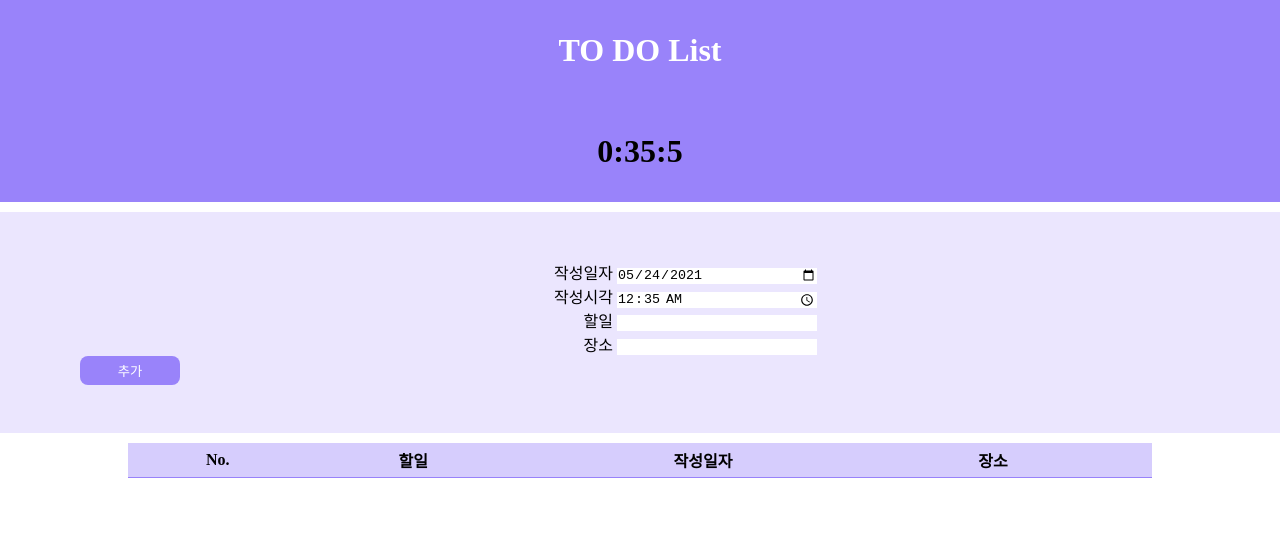
Repository: soyeon-noh/TodoList_Project
Page: http://localhost/Server_PR_TodoList/
An editor plug-in stored every save of this project. The page is shown before and after the next save, followed by the edit.
The browser window is 1280 px wide. The pictures show the whole page.
The page is served by Tomcat 9. Other server files are loaded and not shown. Queries for data that is not in the repository find no rows.

Above is the page before, as saved 2021-05-25 04:27:20.

### Server_PR_TodoList/src/main/webapp/WEB-INF/views/home.jsp
<%@ page language="java" contentType="text/html; charset=UTF-8"
    pageEncoding="UTF-8"%>
<%@ taglib uri="http://java.sun.com/jsp/jstl/core"
			prefix="c"%>
<c:set value="${pageContext.request.contextPath}"
		var="rootPath"/>
<!DOCTYPE html>
<html>
<head>
<meta charset="UTF-8">
<title>TODOList 메인화면</title>
<link href="${rootPath}/static/css/home.css?ver3" rel="stylesheet"/>

<style>

</style>


</head>
  <body>
  	<%@ include file="/WEB-INF/views/include_nav.jsp" %>
    <form class ="v1" method="POST">
    	<div>
    		<label for="date">작성일자</label>
    		<input name="td_date"
    				type="date" value="${TD.td_date}">
    	</div>

    	<div>
    		<label for="time">작성시각</label>
    		<input name="td_time"
    				type="time" value="${TD.td_time}">
    	</div>

    	<div>
    		<label for="todo">할일</label>
    		<input name="td_todo"
    				type="text" value="${TD.td_todo}">
    	</div>

    	<div>
    		<label for="place">장소</label>
    		<input name="td_place"
    				type="text" value="${TD.td_place}">
    	</div>
   		<button class="btn_insert">추가</button>
    </form>

    <table id="tdlist">
      <tr>
        <th>No.</th>
        <th>할일</th>
        <th>작성일자</th>
        <th>장소</th>
        <th></th>
      </tr>
      <c:forEach items="${TDLIST}" var="TD" varStatus="i">
        <tr>
          <td>${i.count}</td>
          <td>${TD.td_todo}</td>
          <td>${TD.td_date}</td>
          <td>${TD.td_place}</td>
          <td><button class="btn_update" data-seq="${TD.td_seq}" type="button">
          		수정</button>
          		<button class="btn_delete" data-seq="${TD.td_seq}" type="button">
          		삭제</button></td>
        </tr>
      </c:forEach>
    </table>
  </body>

  <script>
  // html 코드가 다 화면에 뜨고 나서 실행하라는 명렁
  // 아래 한 줄의 코드가 있어야 어디든디 script를 넣을 수 있다.
	document.addEventListener("DOMContentLoaded",function(){
		document.querySelector("table#tdlist")
		.addEventListener("click", function(ev){
			let className = ev.target.className

			if(className == "btn_delete"){

				let seq = ev.target.dataset.seq
				alert(seq + " 삭제가 완료되었습니다.");

				document
				.location
				.replace( "${rootPath}" +
						"/UD/delete?td_seq="
						+ seq )

			} else if(className == "btn_update"){

				let seq = ev.target.dataset.seq;

				document
				.location
				.href= "${rootPath}" +
						"/UD/update?td_seq="
						+ seq
			}

		})
	})
  </script>

</html>

### Server_PR_TodoList/src/main/webapp/WEB-INF/views/include_nav.jsp
<%@ page language="java" contentType="text/html; charset=UTF-8"
    pageEncoding="UTF-8"%>

<style>
	* {
		margin: 0;
		padding: 0;
		box-sizing: border-box;
	}

    h1.clock {
        color: black;
        text-align: center;
        background-color: rgba(153, 131, 250, 20);
        padding: 2rem;
    }

</style>
<h1>TO DO List</h1>
<h2 class="date"></h2>
<h1 class="clock"></h1>
<script>
	let date = document.querySelector(".date");

    function getDate(){
        const time = new Date();
        const year = time.getUTCFullYear();
        const month = time.getUTCMonth();
        const day = time.getUTCDay();
        date.textContent = year + "-" + month + "-" + day;
    }



	let clock = document.querySelector(".clock");

	function getTime() {
		  const time = new Date();
		  const hour = time.getHours();
		  const minutes = time.getMinutes();
		  const seconds = time.getSeconds();
		  clock.textContent = hour + ":" + minutes + ":" + seconds;


	}

	function init() {
	  setInterval(getTime, 1000);
	}

	init();
</script>

### Server_PR_TodoList/src/main/java/com/callor/todo/controller/HomeController.java
package com.callor.todo.controller;

import java.io.IOException;
import java.text.SimpleDateFormat;
import java.util.Date;
import java.util.List;

import javax.servlet.ServletException;
import javax.servlet.annotation.WebServlet;
import javax.servlet.http.HttpServlet;
import javax.servlet.http.HttpServletRequest;
import javax.servlet.http.HttpServletResponse;

import com.callor.todo.model.TodoListVO;
import com.callor.todo.service.TodoService;
import com.callor.todo.service.impl.TodoServiceImplV1;

@WebServlet("/")
public class HomeController extends HttpServlet{

	protected TodoService tdService;
	public HomeController() {
		tdService = new TodoServiceImplV1();
	}
	@Override
	protected void doGet(HttpServletRequest req, HttpServletResponse resp) throws ServletException, IOException {
		// TODO selectAll()
		List<TodoListVO> tdList = tdService.selectAll();
		req.setAttribute("TDLIST", tdList);

		// TODO insert()
		TodoListVO tdVO = new TodoListVO();

		// SimpleDateFormat : 날짜 및 시간을 형식화하고 구문 분석하는 메소드 제공
		SimpleDateFormat sd = new SimpleDateFormat("yyyy-MM-dd");
		SimpleDateFormat st = new SimpleDateFormat("HH:mm:ss");

		// 현재시간을 저장
		Date date = new Date(System.currentTimeMillis());

		// 현재 시간을 변환해 VO에 넣어준다
		tdVO.setTd_seq(0L);
		tdVO.setTd_date(sd.format(date));
		tdVO.setTd_time(st.format(date));

		req.setAttribute("TD", tdVO);

		// home.jsp 화면을 보여줘라
		RequestController.reqController(req, resp, "home");
	}
	@Override
	protected void doPost(HttpServletRequest req, HttpServletResponse resp) throws ServletException, IOException {
		// TODO insert()

		// 한글 인코딩 세팅
		req.setCharacterEncoding("UTF-8");

		// user가 입력한 data 확인
		String td_date = req.getParameter("td_date");
		String td_time = req.getParameter("td_time");
		String td_todo = req.getParameter("td_todo");
		String td_place = req.getParameter("td_place");

		TodoListVO tdVO = new TodoListVO();
		tdVO.setTd_date(td_date);
		tdVO.setTd_time(td_time);
		tdVO.setTd_todo(td_todo);
		tdVO.setTd_place(td_place);

		tdService.insert(tdVO);

		System.out.println("insert : " + tdVO);

		resp.sendRedirect("/todo");
	}

}

### Server_PR_TodoList/src/main/java/com/callor/todo/service/impl/TodoServiceImplV1.java
package com.callor.todo.service.impl;

import java.sql.Connection;
import java.sql.PreparedStatement;
import java.sql.ResultSet;
import java.sql.SQLException;
import java.util.ArrayList;
import java.util.List;

import com.callor.todo.config.DbInfo;
import com.callor.todo.config.MySQLConnection;
import com.callor.todo.model.TodoListVO;
import com.callor.todo.service.TodoService;

public class TodoServiceImplV1 implements TodoService{

	// 먼저 db와 연결
	protected Connection dbConn;

	public TodoServiceImplV1() {
		dbConn = MySQLConnection.getDBConnection();
	}


	protected List<TodoListVO> select(PreparedStatement pStr) throws SQLException{
		// TODO DB로부터 데이터를 받아와 List에 저장
		List<TodoListVO> tdList = new ArrayList<TodoListVO>();

		ResultSet rSet = pStr.executeQuery();
		while(rSet.next()) {
			TodoListVO tdVO = new TodoListVO();
			tdVO.setTd_seq(rSet.getLong(DbInfo.td_seq));
			tdVO.setTd_date(rSet.getString(DbInfo.td_date));
			tdVO.setTd_time(rSet.getString(DbInfo.td_time));
			tdVO.setTd_todo(rSet.getString(DbInfo.td_todo));
			tdVO.setTd_place(rSet.getString(DbInfo.td_place));
			tdList.add(tdVO);
		}

		// 데이터 확인
		System.out.println("select : " + tdList.toString());
		return tdList;
	}

	@Override
	public List<TodoListVO> selectAll() {
		// TODO List 전체 데이터 조회

		String sql = " SELECT * FROM tbl_todo_list ";
		sql += " ORDER BY td_date DESC, td_time DESC ";

		PreparedStatement pStr = null;

		try {
			pStr = dbConn.prepareStatement(sql);
			List<TodoListVO> tdList = this.select(pStr);
			pStr.close();

			System.out.println("selectAll : " + tdList.toString());
			return tdList;
		} catch (SQLException e) {
			// TODO Auto-generated catch block
			e.printStackTrace();
		}
		return null;
	}

	@Override
	public TodoListVO findById(Long seq) {
		// TODO 일련번호로 조회
		String sql = " SELECT * FROM tbl_todo_list ";
		sql += " WHERE td_seq = ? ";

		PreparedStatement pStr = null;

		try {
			pStr = dbConn.prepareStatement(sql);
			pStr.setLong(1, seq);

			List<TodoListVO> tdList = this.select(pStr);

			pStr.close();

			if(tdList != null && tdList.size() > 0) {
				return tdList.get(0);
			}


		} catch (SQLException e) {
			// TODO Auto-generated catch block
			e.printStackTrace();
		}
		return null;
	}

	@Override
	public List<TodoListVO> findByDate(String td_date) {
		// TODO 날짜로 조회
		String sql = " SELECT * FROM tbl_todo_list ";
		sql += " WHERE td_date = ? ";

		PreparedStatement pStr = null;

		try {
			pStr = dbConn.prepareStatement(sql);
			pStr.setString(1, td_date);

			List<TodoListVO> tdList = this.select(pStr);

			pStr.close();
			return tdList;

		} catch (SQLException e) {
			// TODO Auto-generated catch block
			e.printStackTrace();
		}
		return null;
	}

	@Override
	public List<TodoListVO> findByTodo(String td_todo) {
		// TODO 할일내용으로 조회
		return null;
	}

	@Override
	public List<TodoListVO> findByPlace(String td_place) {
		// TODO 장소로 조회
		return null;
	}

	@Override
	public Integer insert(TodoListVO tdVO) {
		// TODO 데이터 추가

		String sql = " INSERT INTO tbl_todo_list ";
		sql += " ( ";
		sql += " td_date, ";
		sql += " td_time, ";
		sql += " td_todo, ";
		sql += " td_place) ";
		sql += " VALUES( ?,?,?,? ) ";


		// SQL 구문을 실행시키는 객체
		PreparedStatement pStr = null;

		try {
			pStr = dbConn.prepareStatement(sql);
			pStr.setString(1, tdVO.getTd_date());
			pStr.setString(2, tdVO.getTd_time());
			pStr.setString(3, tdVO.getTd_todo());
			pStr.setString(4, tdVO.getTd_place());

			return pStr.executeUpdate();

		} catch (SQLException e) {
			// TODO Auto-generated catch block
			e.printStackTrace();
		}
		return null;
	}


	@Override
	public Integer update(TodoListVO tdVO) {
		// TODO 데이터 업데이트
		String sql = " UPDATE tbl_todo_list SET ";
		sql += " td_date = ?, ";
		sql += " td_time = ?, ";
		sql += " td_todo = ?, ";
		sql += " td_place = ? ";

		sql += " WHERE td_seq = ? ";

		PreparedStatement pStr = null;

		try {
			pStr = dbConn.prepareStatement(sql);
			pStr.setString(1, tdVO.getTd_date());
			pStr.setString(2, tdVO.getTd_time());
			pStr.setString(3, tdVO.getTd_todo());
			pStr.setString(4, tdVO.getTd_place());

			pStr.setLong(5, tdVO.getTd_seq());
			return pStr.executeUpdate();

		} catch (SQLException e) {
			// TODO Auto-generated catch block
			e.printStackTrace();
		}

		return null;
	}

	@Override
	public Integer delete(Long seq) {
		// TODO 데이터 삭제

		String sql = " DELETE FROM tbl_todo_list ";
		sql += "WHERE td_seq = ?";

		PreparedStatement pStr = null;

		try {
			pStr = dbConn.prepareStatement(sql);
			pStr.setLong(1, seq);
			return pStr.executeUpdate();

		} catch (SQLException e) {
			// TODO Auto-generated catch block
			e.printStackTrace();
		}
		return null;
	}
}

### Server_PR_TodoList/src/main/java/com/callor/todo/config/MySQLConnection.java
package com.callor.todo.config;

import java.sql.Connection;
import java.sql.DriverManager;
import java.sql.SQLException;

public class MySQLConnection {

	private static Connection dbConn;

	static {

		String jdbcDriver = "com.mysql.cj.jdbc.Driver";
		String url = "jdbc:mysql://localhost:3306/todolist";
		String username = "tdUser";
		String password = "12345";

		try {
			Class.forName(jdbcDriver);
			if(dbConn == null) {
				dbConn = DriverManager.getConnection(url, username, password);
			}
			System.out.println("MySQL 접속 성공!!");
		} catch (ClassNotFoundException e) {
			System.out.println("MySQL Driver 를 찾을 수 없음");
		} catch (SQLException e) {
			System.out.println("MySQL DBMS 연결 실패");
		}
	}

	public static Connection getDBConnection() {
		return dbConn;
	}

}

### Server_PR_TodoList/src/main/java/com/callor/todo/model/TodoListVO.java
package com.callor.todo.model;

import lombok.AllArgsConstructor;
import lombok.Getter;
import lombok.NoArgsConstructor;
import lombok.Setter;
import lombok.ToString;

@Getter
@Setter
@ToString
@NoArgsConstructor
@AllArgsConstructor
public class TodoListVO {

	private Long td_seq;	//BIGINT
    private String td_date;	//VARCHAR(20)
    private String td_time;	//VARCHAR(20)
	private String td_todo;	//VARCHAR(200)
    private String td_place;	//VARCHAR(125)
}

### Server_PR_TodoList/src/main/java/com/callor/todo/controller/RequestController.java
package com.callor.todo.controller;

import java.io.IOException;

import javax.servlet.ServletException;
import javax.servlet.http.HttpServlet;
import javax.servlet.http.HttpServletRequest;
import javax.servlet.http.HttpServletResponse;

public class RequestController extends HttpServlet{

	public static void reqController (HttpServletRequest req,
			HttpServletResponse resp, String file) throws ServletException, IOException {

		String root = "/WEB-INF/views/" + file + ".jsp";

		req.getRequestDispatcher(root)
		.forward(req, resp);


	}

}

### Server_PR_TodoList/src/main/webapp/static/css/home.css
@charset "UTF-8";

/* 여백 초기화 */
* {
	margin: 0;
	padding: 0;
	box-sizing: border-box;
}

h1 {
	color: white;
	text-align: center;
	background-color: rgba(153,131,250,1);
	padding: 2rem;

}

form.v1 {
	background-color: rgba(153,131,250,0.2);
	padding: 3rem 5rem 3rem 5rem;
	margin: 10px auto;
}

form.v1 div {
	text-align: center;
}

form.v1 div label{
	display: inline-block;

	width: 150px;
	text-align: right;
}

form.v1 input{
	width: 200px;
	border: 1px;
	height: 1rem;
}

form.v1 button{
		outline: 0;
		border: 0;
		width: 100px;
		color: white;
		padding: 5px;
		background-color: rgba(153,131,250,1);
		border-radius: 8px;

		margin :  0 auto;

}

table {
	border-collapse: collapse;
	width: 80%;
	margin: 10px auto;
}

td, th {
	border-bottom: 1px solid #9882FA;
	padding: 5px;
	text-align: center;
}

th {
	background-color: rgba(153,131,250,0.4);
}

After the next save:
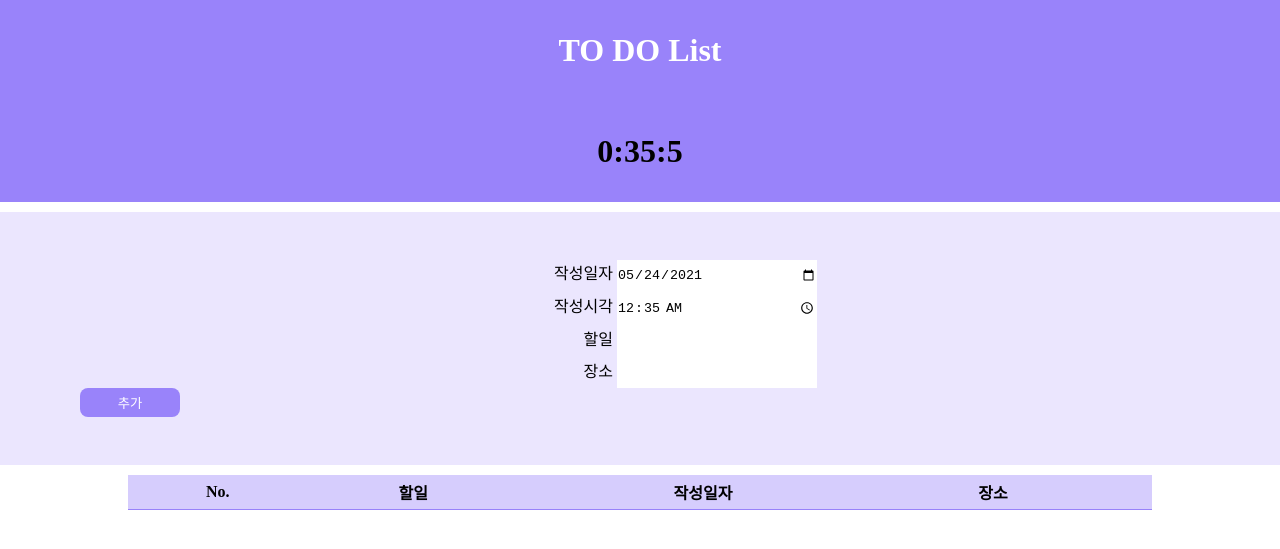
Saved 5 s later.
--- a/Server_PR_TodoList/src/main/webapp/static/css/home.css
+++ b/Server_PR_TodoList/src/main/webapp/static/css/home.css
@@ -35,7 +35,7 @@ form.v1 div label{
 form.v1 input{
 	width: 200px;
 	border: 1px;
-	height: 1rem;
+	height: 2rem;
 }
 
 form.v1 button{
